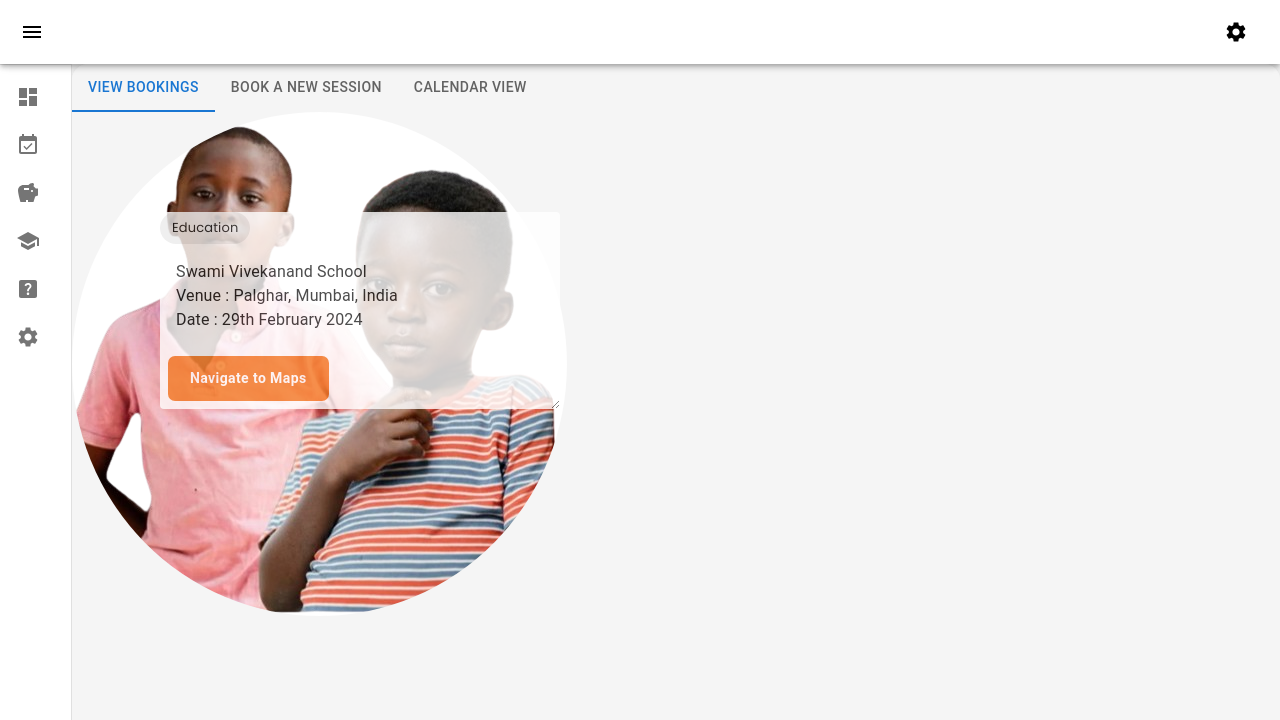
Repository: shubhampirate/Google_Solutions_Edural
Page: /bookings
An editor plug-in stored every save of this project. The page is shown before and after the next save, followed by the edit.
The browser window is 1280 px wide. The pictures show the whole page.
An inner scrolling area shows only its first screen. The project was rebuilt for these pictures with package versions that can differ from the ones it lists, and the page was loaded fresh each time. Some packages were replaced by stand-ins written for this rebuild. Also part of the build but not shown: src/Components/Navbar.jsx, src/Components/Footer.jsx, src/Components/CongratsCard.jsx, src/pages/Hero/Hero.jsx, src/pages/Dashboard/Dashboard.jsx, src/pages/Sign_in.jsx, src/pages/Bookings/LicenseCard.jsx.

Above is the page before, as saved 2024-02-04 17:31:39.

After the next save:
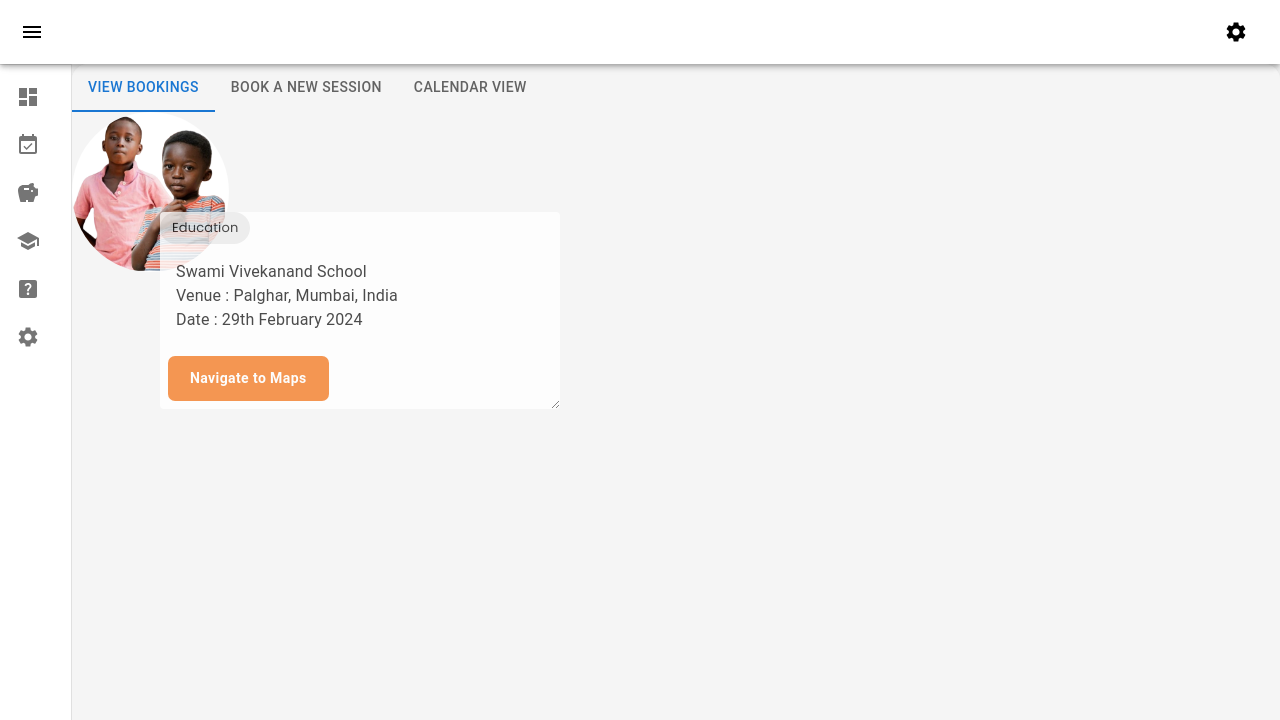
Saved 33 s later.
--- a/src/pages/Bookings/bookings.jsx
+++ b/src/pages/Bookings/bookings.jsx
@@ -68,7 +68,7 @@ export default function Booking() {
             <img
               src={heroImg}
               alt="heroImg"
-              style={{ maxWidth: "100%", maxHeight: "80%", borderRadius: "50%"}}
+              style={{ maxWidth: "10rem", maxHeight: "10rem", borderRadius: "50%"}}
 
             />
           </Box>
